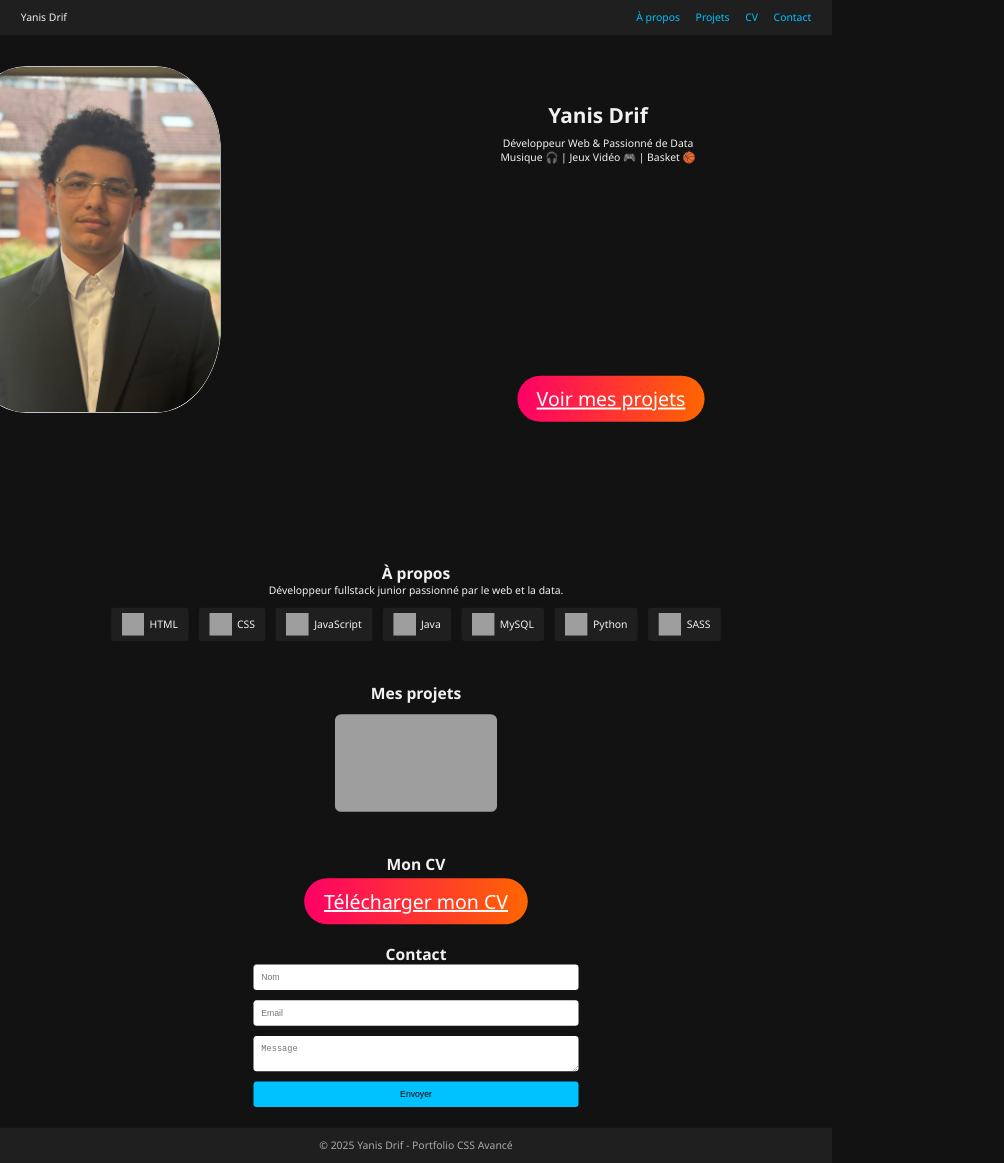
Repository: Yxniiss/ProjetCssAvance
Page: OneDrive/Bureau/Portfolio DrifYanis/home.html
These files come from the project's save history. The page is drawn as it stood at one moment and after the next save; the edit follows.
The browser window is 1280 px wide. The page is 1544 px wide, so the pictures cover 1544 px, including what lies to the right of the window. The pictures show the whole page, at 65% of full size.
Pictures or frames that could not be fetched are drawn as grey boxes.

Above is the page before, as saved 2025-04-10 10:42:57.
Console error: TypeError: Cannot set properties of null (setting 'textContent')

### OneDrive/Bureau/Portfolio DrifYanis/home.html
<!DOCTYPE html>
<html lang="fr">
<head>
  <meta charset="UTF-8" />
  <meta name="viewport" content="width=device-width, initial-scale=1.0" />
  <title>Portfolio - Yanis Drif</title>
  <link rel="stylesheet" href="/style.css" />
  <script defer src="/script.js"></script>
</head>
<body>
  <nav class="navbar">
    <div class="logo">Yanis Drif</div>
    <ul class="nav-links">
      <li><a href="#apropos">À propos</a></li>
      <li><a href="#projets">Projets</a></li>
      <li><a href="#cv">CV</a></li>
      <li><a href="#contact">Contact</a></li>
    </ul>
  </nav>

  <header class="hero">
    <img src="/image/IMG_0965 (2).jpeg" alt="Photo de profil" class="hero__image" />
    <div class="hero__content">
      <h1 class="hero__name">Yanis Drif</h1>
      <p class="hero__tagline">Développeur <span>Web</span> & Passionné de Data</p>
      <p class="hero__desc">Musique 🎧 | Jeux Vidéo 🎮 | Basket 🏀</p>
      <a href="#projets" class="btn">Voir mes projets</a>
    </div>
  </header>

  <section id="apropos" class="section about">
    <h2>À propos</h2>
    <p>Développeur fullstack junior passionné par le web et la data.</p>
    <div class="skills">
      <div class="skill"><img src="https://devicon-website.vercel.app/api/html5/original-wordmark.svg" alt="HTML">HTML</div>
      <div class="skill"><img src="https://devicon-website.vercel.app/api/css3/original-wordmark.svg" alt="CSS">CSS</div>
      <div class="skill"><img src="https://devicon-website.vercel.app/api/javascript/original.svg" alt="JavaScript">JavaScript</div>
      <div class="skill"><img src="https://devicon-website.vercel.app/api/java/original-wordmark.svg" alt="Java">Java</div>
      <div class="skill"><img src="https://devicon-website.vercel.app/api/mysql/plain-wordmark.svg" alt="MySQL">MySQL</div>
      <div class="skill"><img src="https://devicon-website.vercel.app/api/python/original-wordmark.svg" alt="Python">Python</div>
      <div class="skill"><img src="https://devicon-website.vercel.app/api/sass/original.svg" alt="SASS">SASS</div>
    </div>
  </section>

  <section id="projets" class="section projets">
    <h2>Mes projets</h2>
    <div class="projects carousel">
      <img src="img/Capture d'écran 2025-04-09 23345.png" alt="Projet 1"/>
      <img src="/img/Capture d'écran 2025-04-09 12402 (1).png" alt="Projet 2" />
      <img src="/img/ChatGPT Image 9 avr. 2025, 23_49_51.png" alt="Projet 3" />
    </div>
  </section>

  <section id="cv" class="section cv">
    <h2>Mon CV</h2>
    <a href="/doc/CV Yanis (1) (1).pdf" download class="btn2">Télécharger mon CV</a>
  </section>

  <section id="contact" class="section contact">
    <h2>Contact</h2>
    <form class="contact-form">
      <input type="text" placeholder="Nom" required />
      <input type="email" placeholder="Email" required />
      <textarea placeholder="Message" required></textarea>
      <button type="submit">Envoyer</button>
    </form>
  </section>

  <footer>
    <p>&copy; 2025 Yanis Drif - Portfolio CSS Avancé</p>
  </footer>
</body>
</html>

### OneDrive/Bureau/Portfolio DrifYanis/style.css
* {
    margin: 0;
    padding: 0;
    box-sizing: border-box;
  }

  body {
    font-family: "Segoe UI", sans-serif;
    background-color: #121212;
    color: #f1f1f1;
  }

  .navbar {
    display: flex;
    justify-content: space-between;
    padding: 1rem 2rem;
    background-color: #1f1f1f;
  }

  .nav-links {
    display: flex;
    list-style: none;
    gap: 1.5rem;
  }

  .nav-links a {
    color: #00c2ff;
    text-decoration: none;
  }

  .hero {
    padding: 3rem 1rem;
    text-align: center;

  }

  .hero__name{
    position: relative;
    left: 280px;
    bottom:500px;

  }

  .hero__tagline{
    position: relative;
    left:280px;
    bottom:490px;
  }

  .hero__desc{
    position: relative;
    left:280px;
    bottom:490px;}

  .hero__image {
    border-radius: 25%;
    width: 400px;
    border: 1px solid #ffffff;
    margin-bottom: 1rem;
    position: relative;
    right:500px ;
  }

  .section {
    padding: 2rem 1rem;
    text-align: center;
  }

  .projects {
    display: flex;
    justify-content: center;
    gap: 1rem;
    flex-wrap: wrap;
    margin-top: 1rem;
  }

  .projects img {
    width: 250px;
    height: 150px;
    -o-object-fit: cover;
       object-fit: cover;
    border-radius: 10px;
  }

  .skills {
    display: flex;
    flex-wrap: wrap;
    gap: 1rem;
    justify-content: center;
    margin-top: 1rem;
  }

  .skill {
    display: flex;
    align-items: center;
    gap: 0.5rem;
    background-color: #1f1f1f;
    padding: 0.5rem 1rem;
    border-radius: 5px;
  }

  .skill img {
    width: 35px;
    height: 35px;
  }

  footer {
    padding: 1rem;
    text-align: center;
    background-color: #1f1f1f;
    color: #aaa;
  }

  .btn {
    padding: 15px 30px;
    font-size: 30px;
    position: relative;
    left: 300px;
    bottom:150px;
    color:white;
    background: linear-gradient(90deg, #ff0066, #ff6600);
    border:none;
    border-radius: 50px;
    cursor: pointer;
    box-shadow: 0 4px 15px rgba(255,0,102,0);
    transition: box-shadow 0.3s ease, transform 0.3s ease;
  }

  .btn:hover{
    box-shadow: 0 10px 20px rgba(255,0,102,0.5);
    transform: translateY(-3px);
  }

  .btn2 {
    padding: 15px 30px;
    font-size: 30px;
    position: relative;
    left: 0px;
    top:20px;
    color:white;
    background: linear-gradient(90deg, #ff0066, #ff6600);
    border:none;
    border-radius: 50px;
    cursor: pointer;
    box-shadow: 0 4px 15px rgba(255,0,102,0);
    transition: box-shadow 0.3s ease, transform 0.3s ease;
  }

  .btn2:hover{
    box-shadow: 0 10px 20px rgba(255,0,102,0.5);
    transform: translateY(-3px);
  }


  .contact-form {
    max-width: 500px;
    margin: auto;
    display: flex;
    flex-direction: column;
    gap: 1rem;
  }

  .contact-form input,
  .contact-form textarea {
    padding: 0.75rem;
    border: none;
    border-radius: 5px;
  }

  .contact-form button {
    background-color: #00c2ff;
    color: #000;
    padding: 0.75rem;
    border: none;
    border-radius: 5px;
    cursor: pointer;
  }

  .start h1{
    text-align: left;
    margin-top: 100px;
    font-size: 35px;
    margin-left: 100px;
  }

  .start h2{
    text-align: left;
    margin-top: 1px;
    font-size: 70px;
    margin-left: 100px;
  }

  .start h3{
    text-align: left;
    margin-top: 1px;
    font-size: 35px;
    margin-left: 100px;
  }

  #mot {
    color:#00c2ff;
  }

  #cursor{
    display: inline-block;
    width: 10px;
    background-color:black;
    animation: blink 0.8s step-end infinite;
  }

  @keyframes blink{
    50% {
      opacity: 0;
    }
  }

  @keyframes typing{
    from{
      width: 0;
    }
    to{
      width: 100%;
    }
  }

  #main{
    opacity: 0;
    transform: translateY(0);
    transition: opacity 5s ease, transform 5s ease;
  }

  body.loaded #main{
    opacity: 1;
    transform: translateY(0);
  }


  .start p{
    text-align: left;
    margin-left: 100px;
    margin-top: 20px;
    font-size: 20px;
  }

  .ntwrks {
    position: absolute;
    top: 410px;
    left: 110px;
    display: flex;
    flex-wrap: wrap;
    gap: 1rem;
  }

  .ntwrk {
    display: flex;
    align-items: center;
    gap: 0.5rem;
    background-color: #1f1f1f;
    padding: 1rem 1rem;
    border-radius: 100px;
    transition: 0.3s ease, opacity 0.3s ease;
  }

  .ntwrk:hover{
    transform: scale(1.2);
    opacity: 0.8;
  }

  .ntwrk img {
    width: 30px;
    height: 30px;
  }

  .modern-button{
    background-color:#00c2ff;
    font-size: 16px;
    font-weight: bold;
    border:none;
    padding: 15px 30px;
    border-radius: 25px;
    cursor: pointer;
    outline: none;
    position: relative;
    right:550px;
    top:120px;
    animation:glow 1.5s infinite alternate;
    transition: 0.3s ease, opacity 0.3s ease;
  }

  .modern-button a{
    color:white;
    text-decoration: none;
  }

  .modern-button:hover{
    transform: scale(1.2);
    opacity: 1;
  }

  @keyframes glow{
    0%{
      box-shadow: 0 0 10px 5px rgba(0, 194, 255, 0.6), 0 0 20px 10px rgba(0, 194, 255, 0.4);
    }
    100%{
      box-shadow: 0 0 20px 10px rgba(0, 194, 255, 1), 0 0 30px 15px rgba(0, 194, 255, 0.8);
    }
  }

  .image{
    max-width: 30%;
    position: relative;
    bottom: 350px;
    left: 350px;
  }

### OneDrive/Bureau/Portfolio DrifYanis/script.js

document.addEventListener('DOMContentLoaded', () => {
    // Scroll fluide
    document.querySelectorAll('a[href^="#"]').forEach(anchor => {
      anchor.addEventListener('click', function (e) {
        e.preventDefault();
        const target = document.querySelector(this.getAttribute('href'));
        if (target) {
          target.scrollIntoView({ behavior: 'smooth' });
        }
      });
    });

    // Carrousel automatique
    const images = document.querySelectorAll('.carousel img');
    let currentIndex = 0;

    function showSlide(index) {
      images.forEach((img, i) => {
        img.style.display = i === index ? 'block' : 'none';
      });
    }

    function nextSlide() {
      currentIndex = (currentIndex + 1) % images.length;
      showSlide(currentIndex);
    }

    if (images.length > 0) {
      showSlide(currentIndex);
      setInterval(nextSlide, 3000); // change every 3 seconds
    }
  });

  const mot = ["Etudiant", "Developpeur web", "Pasionné de code","Developpeur fullstack"];
  let index = 0;
  const element = document.getElementById("mot");
  const cursor = document.getElementById("cursor");

  let typingInterval;
  let currentWord = "";
  let currentCharIndex = 0;

  function  commencerTypingAnimation(){
    currentWord=mot[index];
    currentCharIndex = 0;
    element.textContent = '';

    typingInterval = setInterval(() =>{
      element.textContent += currentWord.charAt(currentCharIndex);
      currentCharIndex++;

      if(currentCharIndex === currentWord.length){
        clearInterval(typingInterval);
        setTimeout(changerMot,1000);
      }
    },150);
  }

  function changerMot(){
    element.textContent=mot[index];
    index++;
    if(index===mot.length){
      index=0;
    }
    commencerTypingAnimation();
  }
  commencerTypingAnimation();

  window.addEventListener('load', function () {
    document.body.classList.add('loaded');
  });

After the next save:
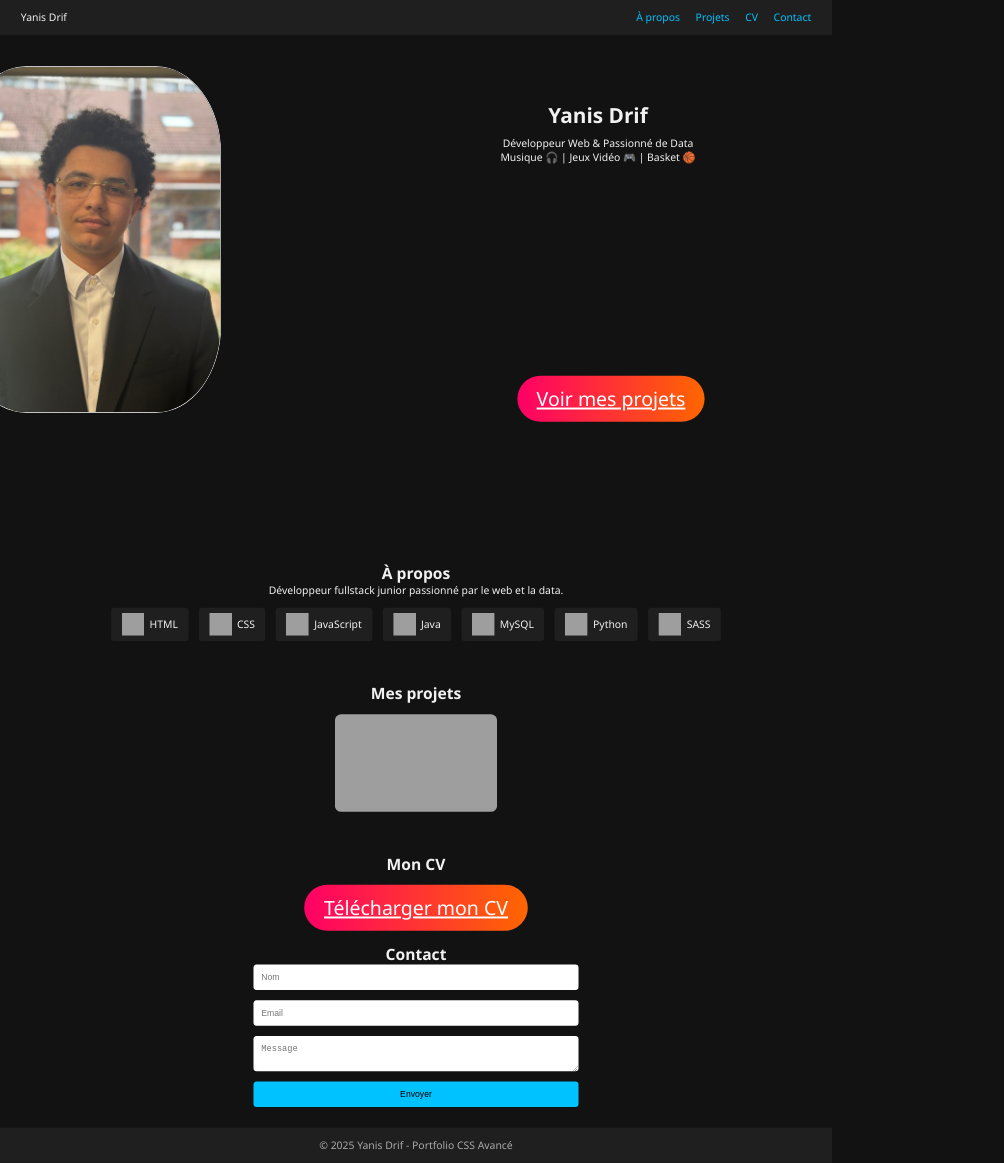
Saved 6 s later.
--- a/OneDrive/Bureau/Portfolio DrifYanis/style.css
+++ b/OneDrive/Bureau/Portfolio DrifYanis/style.css
@@ -136,7 +136,7 @@
     font-size: 30px;
     position: relative;
     left: 0px;
-    top:20px;
+    top:30px;
     color:white;
     background: linear-gradient(90deg, #ff0066, #ff6600);
     border:none;
